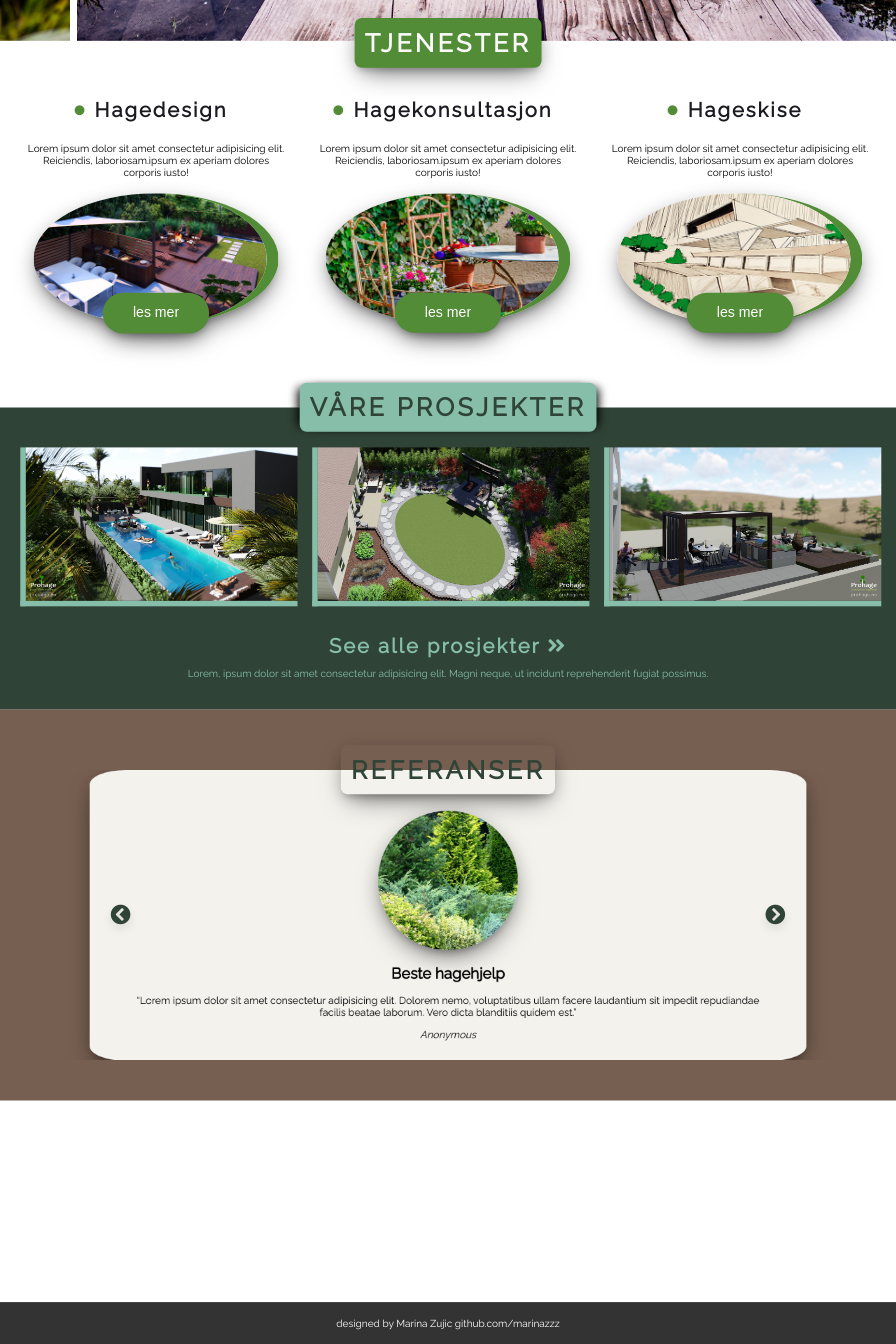
Repository: marinazzz/garden-design-website
Page: index.html
An editor plug-in stored every save of this project. The page is shown before and after the next save, followed by the edit.
The browser window is 1280 px wide. The pictures show the part of the page from y = 943 to 2863 px (the page is 2863 px tall), at 70% of full size.

Above is the page before, as saved 2020-04-03 21:34:02.

After the next save:
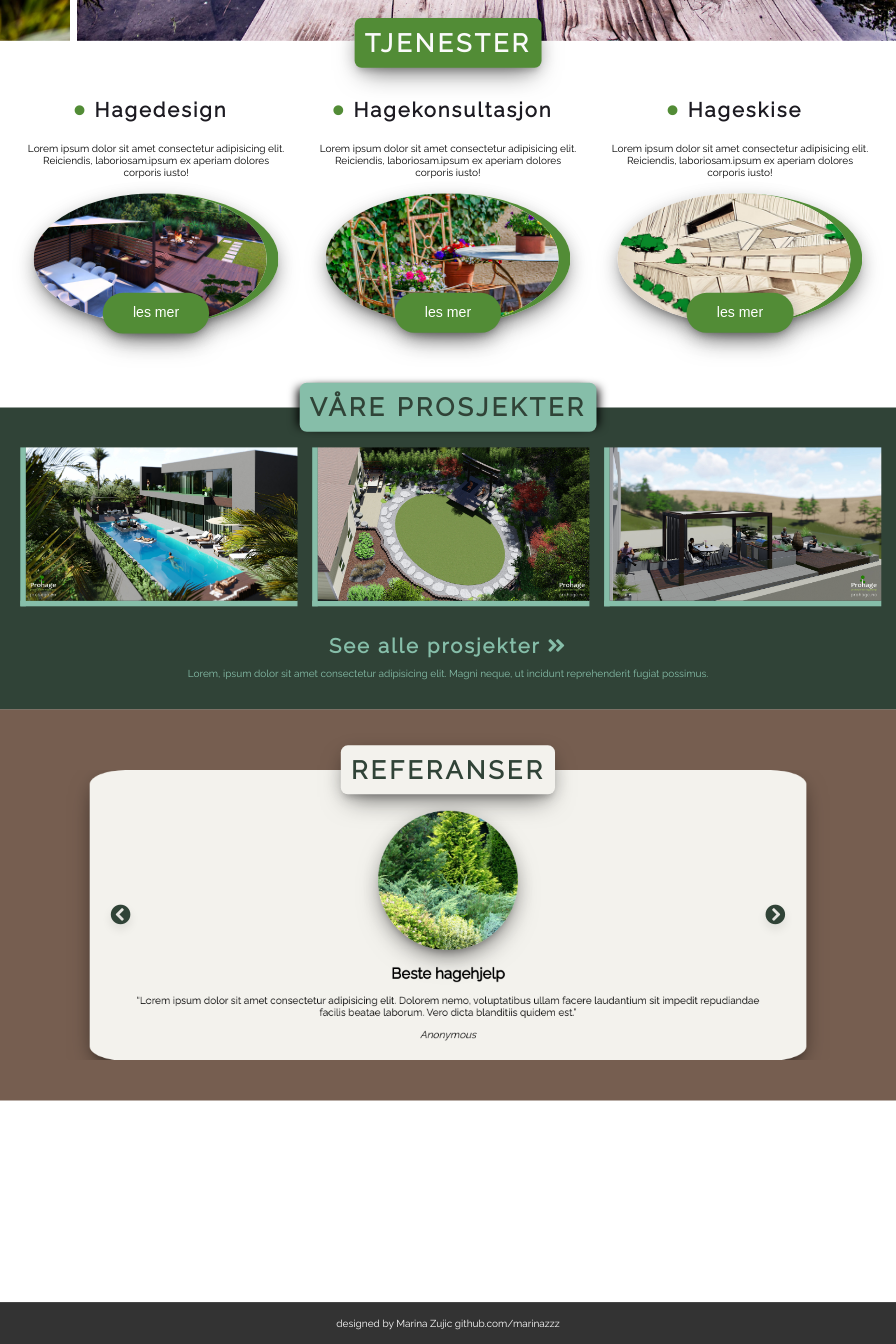
Saved 11 s later.
--- a/CSS/style.css
+++ b/CSS/style.css
@@ -431,7 +431,7 @@ div [class="review__items"] {
 }
 
 .review__items,
-h2.reviews__title {
+.reviews__title {
   background: #F3F2ED;
 }
 
